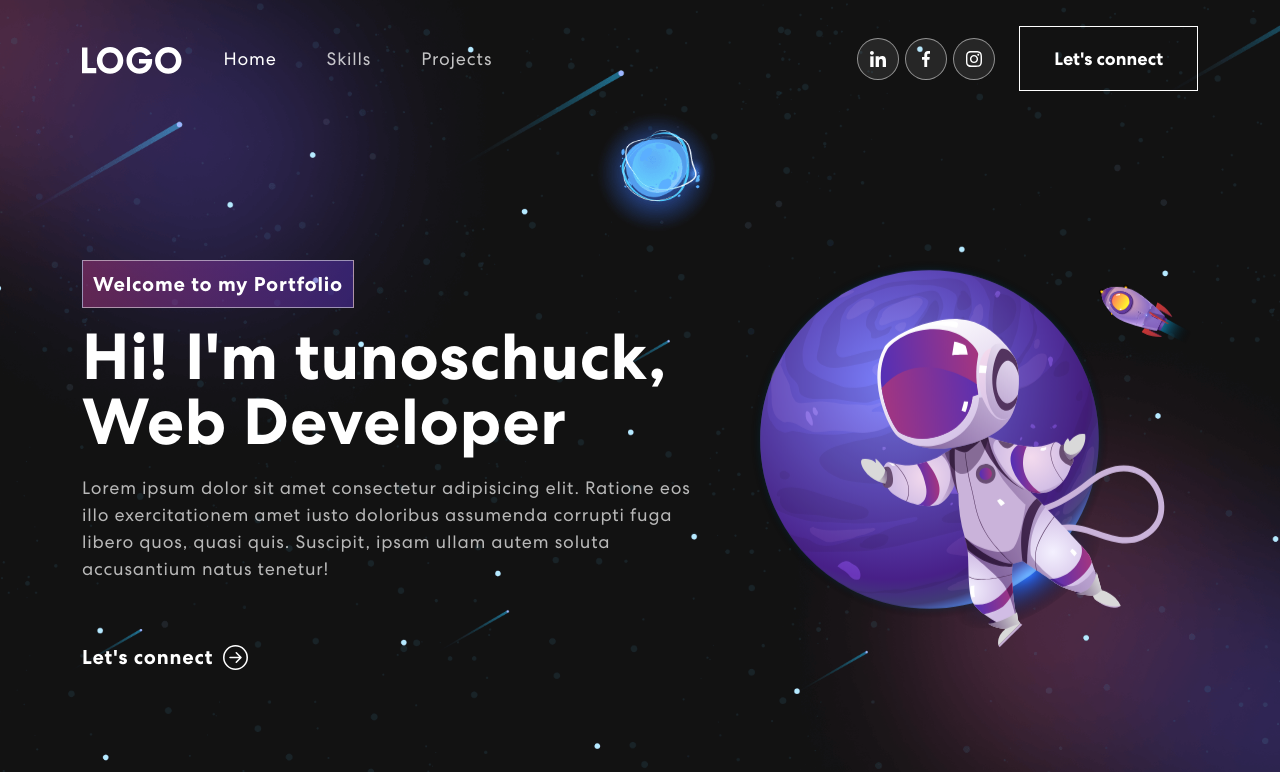
Repository: tynoschuck/personal-space-portfolio
Page: /
These files come from the project's save history. The page is drawn as it stood at one moment and after the next save; the edit follows.
The browser window is 1280 px wide. The pictures show the whole page.
The project was rebuilt for these pictures with package versions that can differ from the ones it lists, and the page was loaded fresh each time.

Above is the page before, as saved 2023-01-02 09:47:13.

### src/App.js
import logo from "./logo.svg";
import "./App.css";
import { NavBar } from "./components/NavBar";
import { Banner } from "./components/Banner";
import "bootstrap/dist/css/bootstrap.min.css";

function App() {
  return (
    <div className="App">
      <NavBar />
      <Banner />
    </div>
  );
}

export default App;

### src/App.css
@font-face {
  font-family: Centra;
  src: url('./assets/font/CentraNo2-Bold.ttf');
  font-weight: 700;
}
@font-face {
  font-family: Centra;
  src: url('./assets/font/CentraNo2-Book.ttf');
  font-weight: 400;
}
@font-face {
  font-family: Centra;
  src: url('./assets/font/CentraNo2-Medium.ttf');
  font-weight: 500;
}

* {
  margin: 0;
  padding: 0;
  box-sizing: border-box;
}
html {
  scroll-behavior: smooth;
  scroll-padding-top: 75px;
}
body {
  font-weight: 400;
  overflow-x: hidden;
  position: relative;
  background-color: #121212 !important;
  color: #fff !important;
  font-family: Centra, sans-serif !important;
}

h1, h2, h3, h4, h5, h6 {
  margin: 0;
  padding: 0;
  line-height: normal;
}

a:hover {
  text-decoration: none;
}

img {
  width: 100%;
  height: auto;
}

button {
  border: 0;
  background-color: transparent;
}

input:focus, textarea:focus, select:focus {
  outline: none;
}

@media (min-width:1700px) {
	main .container {
		max-width: 100%;
		padding: 0 150px;
	}
}

p.success {
	color: green;
}

p.danger {
	color: red;
}
/************ Navbar Css ************/
nav.navbar {
  padding: 18px 0;
  position: fixed;
  width: 100%;
  top: 0;
  z-index: 9999;
  transition:  0.32s ease-in-out;
}
nav.navbar.scrolled {
  padding: 0px 0;
  background-color: #121212;
}
nav.navbar a.navbar-brand {
    width: 9%;
}
nav.navbar .navbar-nav .nav-link.navbar-link {
  font-weight: 400;
  color: #fff !important;
  letter-spacing: 0.8px;
  padding: 0 25px;
  font-size: 18px;
  opacity: 0.75;
}
nav.navbar .navbar-nav a.nav-link.navbar-link:hover,
nav.navbar .navbar-nav a.nav-link.navbar-link.active {
    opacity: 1;
}
span.navbar-text {
    display: flex;
    align-items: center;
}
.social-icon {
    display: inline-block;
    margin-left: 14px;
}
.social-icon a {
    width: 42px;
    height: 42px;
    background: rgba(217, 217, 217, 0.1);
    display: inline-flex;
    border-radius: 50%;
    margin-right: 6px;
    align-items: center;
    justify-content: center;
    line-height: 1;
    border: 1px solid rgba(255, 255, 255, 0.5);
}
.social-icon a::before {
    content: "";
    width: 42px;
    height: 42px;
    position: absolute;
    background-color: #ffffff;
    border-radius: 50%;
    transform: scale(0);
	transition: 0.3s ease-in-out;
}
.social-icon a:hover::before {
    transform: scale(1);
}
.social-icon a img {
	width: 40%;
	z-index: 1;
	transition: 0.3s ease-in-out;
}
.social-icon a:hover img {
	filter: brightness(0) saturate(100%) invert(0%) sepia(7%) saturate(98%) hue-rotate(346deg) brightness(95%) contrast(86%);
}
.navbar-text button {
  font-weight: 700;
  color: #fff;
  border: 1px solid #fff;
  padding: 18px 34px;
  font-size: 18px;
  margin-left: 18px;
	position: relative;
	background-color: transparent;
	transition: 0.3s ease-in-out;
}
.navbar-text button span {
  z-index: 1;
}
.navbar-text button::before {
  content: "";
  width: 0%;
  height: 100%;
  position: absolute;
  background-color: #fff;
  left: 0;
  top: 0;
  z-index: -1;
  transition: 0.3s ease-in-out;
}
.navbar-text button:hover {
  color: #121212;
}
.navbar-text button:hover::before {
	content: "";
	width: 100%;
	height: 100%;
	position: absolute;
}
nav.navbar .navbar-toggler:active,
nav.navbar .navbar-toggler:focus {
	outline: none;
    box-shadow: none;
}
nav.navbar .navbar-toggler-icon {
  width: 24px;
  height: 17px;
  background-image: none;
  position: relative;
  border-bottom: 2px solid #fff;
  transition: all 300ms linear;
  top: -2px;
}
nav.navbar .navbar-toggler-icon:focus {
	border-bottom: 2px solid #fff;
}
nav.navbar .navbar-toggler-icon:after,
nav.navbar .navbar-toggler-icon:before {
	width: 24px;
	position: absolute;
	height: 2px;
	background-color: #fff;
	top: 0;
	left: 0;
	content: '';
	z-index: 2;
	transition: all 300ms linear;
}
nav.navbar .navbar-toggler-icon:after {
	top: 8px;
}
nav.navbar .navbar-toggler[aria-expanded="true"] .navbar-toggler-icon:after {
	transform: rotate(45deg);
	background-color: #fff;
	height: 2px;
}
nav.navbar .navbar-toggler[aria-expanded="true"] .navbar-toggler-icon:before {
	transform: translateY(8px) rotate(-45deg);
	background-color: #fff;
	height: 2px;
}
nav.navbar .navbar-toggler[aria-expanded="true"] .navbar-toggler-icon {
	border-color: transparent;
}

/************ Banner Css ************/
.banner {
  margin-top: 0;
  padding: 260px 0 100px 0;
  background-image: url('./assets/img/banner-bg.png');
  background-position: top center;
  background-size: cover;
  background-repeat: no-repeat;
}
.banner .tagline {
  font-weight: 700;
  letter-spacing: 0.8px;
  padding: 8px 10px;
  background: linear-gradient(90.21deg, rgba(170, 54, 124, 0.5) -5.91%, rgba(74, 47, 189, 0.5) 111.58%);
  border: 1px solid rgba(255, 255, 255, 0.5);
  font-size: 20px;
  margin-bottom: 16px;
  display: inline-block;
}
.banner h1 {
  font-size: 65px;
  font-weight: 700;
  letter-spacing: 0.8px;
  line-height: 1;
  margin-bottom: 20px;
  display: block;
}
.banner p {
  color: #B8B8B8;
  font-size: 18px;
  letter-spacing: 0.8px;
  line-height: 1.5em;
  width: 96%;
}
.banner button {
  color: #fff;
  font-weight: 700;
  font-size: 20px;
  margin-top: 60px;
  letter-spacing: 0.8px;
  display: flex;
  align-items: center;
}
.banner button svg {
  font-size: 25px;
  margin-left: 10px;
  transition: 0.3s ease-in-out;
  line-height: 1;
}
.banner button:hover svg {
  margin-left: 25px;
}
.banner img {
  animation: updown 3s linear infinite;
}
@keyframes updown {
    0% {
        transform: translateY(-20px);
    }
    50% {
        transform: translateY(20px);
    }
    100% {
        transform: translateY(-20px);
    }
}
.txt-rotate > .wrap {
  border-right: 0.08em solid #666;
}

### src/components/NavBar.js
import { useState, useEffect } from "react";
import { Navbar, Container, Nav } from "react-bootstrap";
import logo from "../assets/img/logo.svg";
import navIcon1 from "../assets/img/nav-icon1.svg";
import navIcon2 from "../assets/img/nav-icon2.svg";
import navIcon3 from "../assets/img/nav-icon3.svg";

export const NavBar = () => {
  const [activeLink, setActiveLink] = useState("home");
  const [scrolled, setScrolled] = useState(false);

  useEffect(() => {
    const onScroll = () => {
      if (window.scrollY > 50) {
        setScrolled(true);
      } else {
        setScrolled(false);
      }
    };
    window.addEventListener("scroll", onScroll);

    return () => window.removeEventListener("scroll", onScroll);
  }, []);

  const onUpdateActiveLink = (value) => {
    setActiveLink(value);
  };

  return (
    <Navbar expand="lg" className={scrolled ? "scrolled" : ""}>
      <Container>
        <Navbar.Brand href="#home">
          <img src={logo} alt="logo" />
        </Navbar.Brand>
        <Navbar.Toggle aria-controls="basic-navbar-nav">
          <span className="navbar-toggler-icon"></span>
        </Navbar.Toggle>
        <Navbar.Collapse id="basic-navbar-nav">
          <Nav className="me-auto">
            <Nav.Link
              href="#home"
              className={
                activeLink === "home" ? "active navbar-link" : "navbar-link"
              }
              onClick={() => onUpdateActiveLink("home")}
            >
              Home
            </Nav.Link>
            <Nav.Link
              href="#skills"
              className={
                activeLink === "skills" ? "active navbar-link" : "navbar-link"
              }
              onClick={() => onUpdateActiveLink("skills")}
            >
              Skills
            </Nav.Link>
            <Nav.Link
              href="#projects"
              className={
                activeLink === "projects" ? "active navbar-link" : "navbar-link"
              }
              onClick={() => onUpdateActiveLink("projects")}
            >
              Projects
            </Nav.Link>
          </Nav>
          <span className="navbar-text">
            <div className="social-icon">
              <a href="#">
                <img src={navIcon1} alt="" />
              </a>
              <a href="#">
                <img src={navIcon2} alt="" />
              </a>
              <a href="#">
                <img src={navIcon3} alt="" />
              </a>
            </div>
            <button className="vvd">
              <span>Let's connect</span>
            </button>
          </span>
        </Navbar.Collapse>
      </Container>
    </Navbar>
  );
};

### src/components/Banner.js
import { useState, useEffect } from "react";
import { Container, Row, Col } from "react-bootstrap";
import { ArrowRightCircle } from "react-bootstrap-icons";
import headerImg from "../assets/img/header-img.svg";

export const Banner = () => {
  const [loopNum, setLoopNum] = useState(0);
  const [isDeleting, setIsDeleting] = useState(false);
  const toRotate = ["Web Developer", "Web Designer", "UI/UX Designer"];
  const [text, setText] = useState("");
  const [delta, setDelta] = useState(300 - Math.random() * 100);
  const period = 2000;

  useEffect(() => {
    let ticker = setInterval(() => {
      tick();
    }, delta);

    return () => {
      clearInterval(ticker)};
  // eslint-disable-next-line react-hooks/exhaustive-deps
  }, [text])

  const tick = () => {
    let i = loopNum % toRotate.length;
    let fullText = toRotate[i];
    let updatedText = isDeleting
      ? fullText.substring(0, text.length - 1)
      : fullText.substring(0, text.length + 1);
    setText(updatedText);

    if (isDeleting) {
      setDelta((prevDelta) => prevDelta / 2);
    }
    if (!isDeleting && updatedText === fullText) {
      setIsDeleting(true);
      setDelta(period);
    } else if (isDeleting && updatedText === "") {
      setIsDeleting(false);
      setLoopNum(loopNum + 1);
      setDelta(500);
    }
  }

  return (
    <section className="banner" id="home">
      <Container>
        <Row className="align-items-center">
          <Col xs={12} md={6} xl={7}>
            <span className="tagline">Welcome to my Portfolio</span>
            <h1>
              {`Hi! I'm tunoschuck,`}
              <span className="wrap"> {text}</span>
            </h1>
            <p>
              Lorem ipsum dolor sit amet consectetur adipisicing elit. Ratione
              eos illo exercitationem amet iusto doloribus assumenda corrupti
              fuga libero quos, quasi quis. Suscipit, ipsam ullam autem soluta
              accusantium natus tenetur!
            </p>
            <button>
              Let's connect <ArrowRightCircle size={25} />
            </button>
          </Col>
          <Col xs={12} md={6} xl={5}>
            <img src={headerImg} alt="header_img" />
          </Col>
        </Row>
      </Container>
    </section>
  );
};

Loaded but not shown: public/index.html (common file); src/index.js (common file); src/index.css (common file); src/reportWebVitals.js (common file)

After the next save:
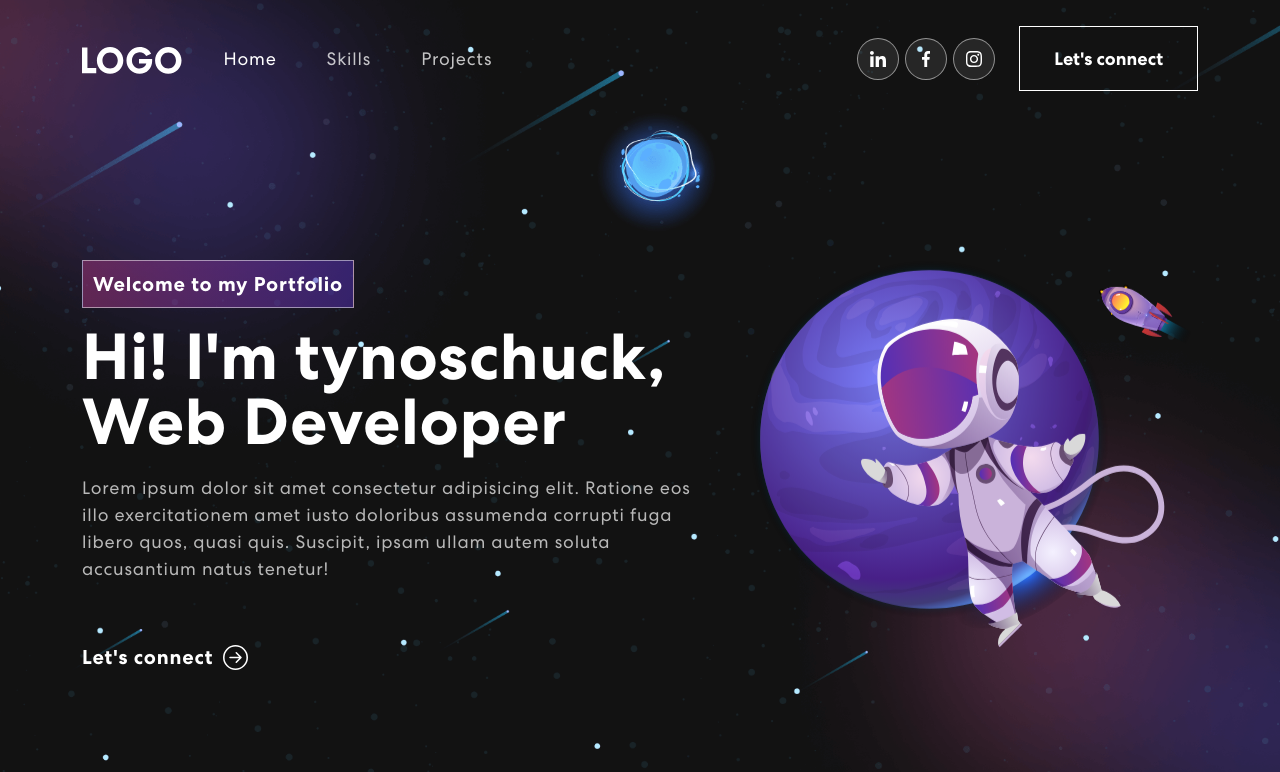
Saved 15 s later.
--- a/src/components/Banner.js
+++ b/src/components/Banner.js
@@ -49,7 +49,7 @@ export const Banner = () => {
           <Col xs={12} md={6} xl={7}>
             <span className="tagline">Welcome to my Portfolio</span>
             <h1>
-              {`Hi! I'm tunoschuck,`}
+              {`Hi! I'm tynoschuck,`}
               <span className="wrap"> {text}</span>
             </h1>
             <p>
